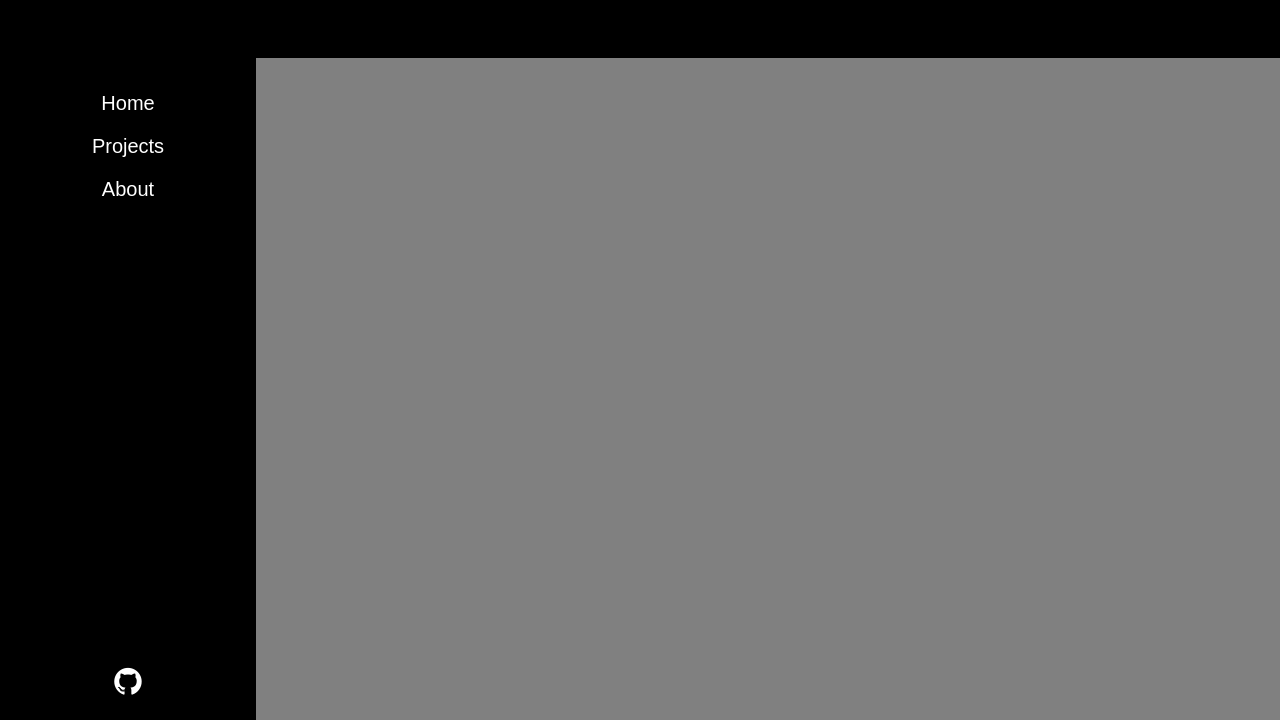
Repository: josephinel6/josephinel6.github.io
Page: index.html
An editor plug-in stored every save of this project. The page is shown before and after the next save, followed by the edit.
The browser window is 1280 px wide. The pictures show the whole page.

Above is the page before, as saved 2023-04-04 11:02:32.

### index.html
<!DOCTYPE html>
<html>

<head>
    <style>
        :root.light {
            --color-bg: white;
            --color-menu-text: black;
            --color-page-bg: gray;
        }

        :root.dark {
            --color-bg: black;
            --color-menu-text: white;
            --color-page-bg: gray;
        }

        /* :root {
            --color-bg: black;
        } */

        html,
        body {
            height: 100%;
            width: 100%;
            margin: 0;
            position: relative;
            /* border-color: blue;
            border-radius: 10px;
            border-style: solid; */
            padding: 0;
        }

        #menu {
            height: 100%;
            width: 20%;
            position: absolute;
            z-index: 1;
            top: 0;
            bottom: 0;
            background-color: var(--color-bg);
        }

        #topbar {
            width: 100%;
            height: 8%;
            background-color: var(--color-bg);
            position: absolute;
        }

        .menutext {
            color: var(--color-menu-text);
            font-family: sans-serif;
            font-size: 20px;
        }

        .fa-github {
            color: var(--color-menu-text);
        }

        #window {
            background-color: var(--color-page-bg);
            position: absolute;
            height: 92%;
            width: 80%;
            right: 0;
            bottom: 0;
        }
    </style>
    <link rel="stylesheet" href="https://cdnjs.cloudflare.com/ajax/libs/font-awesome/4.7.0/css/font-awesome.min.css">
    <script type="module" src="https://cdn.jsdelivr.net/gh/zerodevx/zero-md@2/dist/zero-md.min.js"></script>
</head>

<body>
    <div id="menu">
        <div style="position:absolute; top: 10%; width: 100%; text-align: center;">

            <p class="menutext"> Home </p>
            <p class="menutext"> Projects </p>
            <p class="menutext"> About </p>

        </div>

        <div style="position:absolute; bottom:3%; width: 100%; text-align: center;">
            <a href="https://github.com/josephinel6" class="fa fa-github fa-2x" style="text-decoration: none;"></a>
        </div>
    </div>
    <div id="topbar">

    </div>
    <div id="window"></div>
    <script>
        window.onload = function () {
            document.documentElement.classList.remove("light")
            document.documentElement.classList.add("dark")
            window.localStorage.setItem('mode', 'dark');
            console.log("dark")
        }

        function openpage(pageName, elmnt) {
            var i, tabcontent, tablinks;
            tabcontent = document.getElementsByClassName("tabcontent");
            for (i = 0; i < tabcontent.length; i++) {
                tabcontent[i].style.display = "none";
            }
            tablinks = document.getElementsByClassName("tablink");
            for (i = 0; i < tablinks.length; i++) {
                tablinks[i].style.backgroundColor = "";
            }
            document.getElementById(pageName).style.display = "block";

            document.body.scrollTop = 0;
            document.documentElement.scrollTop = 0;
            console.log("ducks")
        }
    </script>

</body>

</html>

After the next save:
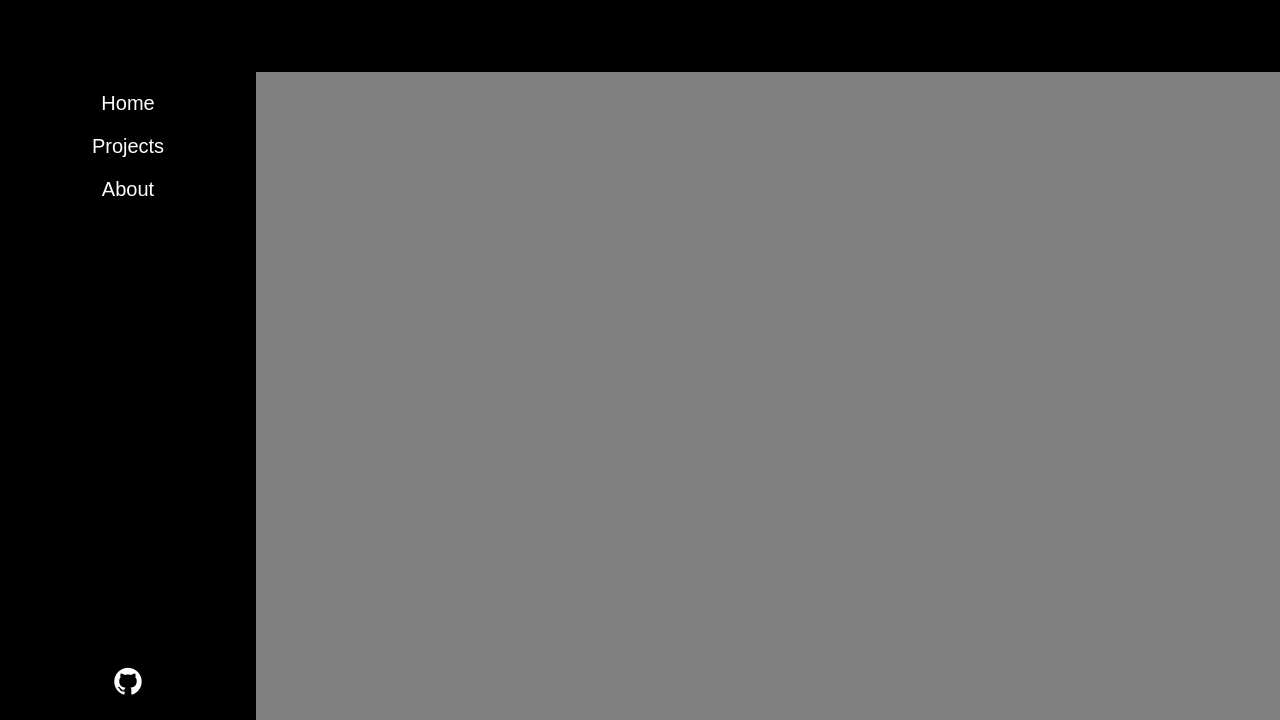
Saved 5 s later.
--- a/index.html
+++ b/index.html
@@ -43,7 +43,7 @@
 
         #topbar {
             width: 100%;
-            height: 8%;
+            height: 10%;
             background-color: var(--color-bg);
             position: absolute;
         }
@@ -61,7 +61,7 @@
         #window {
             background-color: var(--color-page-bg);
             position: absolute;
-            height: 92%;
+            height: 90%;
             width: 80%;
             right: 0;
             bottom: 0;
